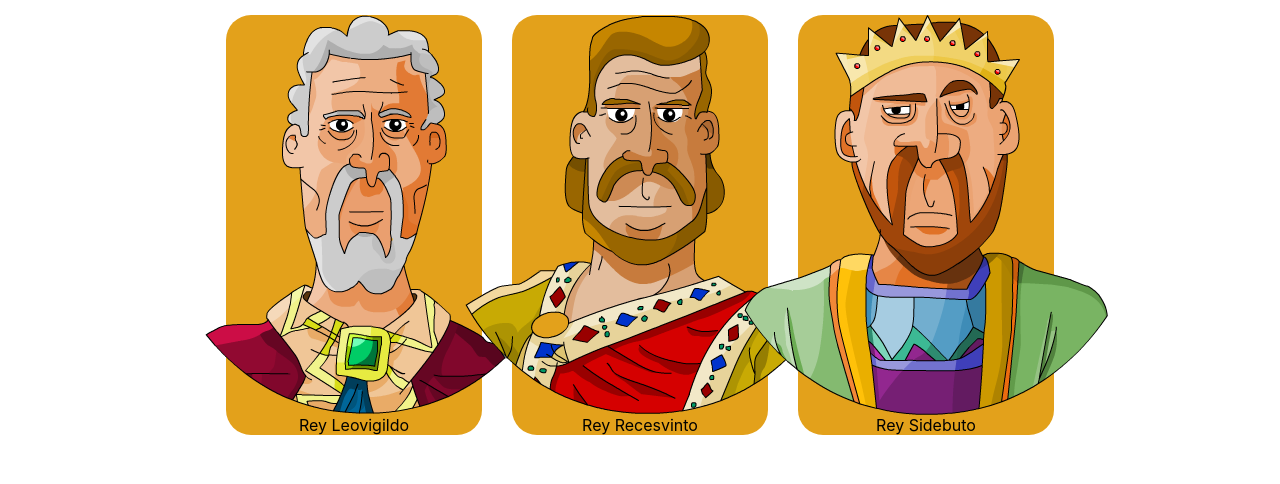
Repository: abgdev1997/ejercicios-react
Page: /
These files come from the project's save history. The page is drawn as it stood at one moment and after the next save; the edit follows.
The browser window is 1280 px wide. The pictures show the whole page.
The project was rebuilt for these pictures with package versions that can differ from the ones it lists, and the page was loaded fresh each time.

Above is the page before, as saved 2022-02-22 09:51:45.

After the next save:
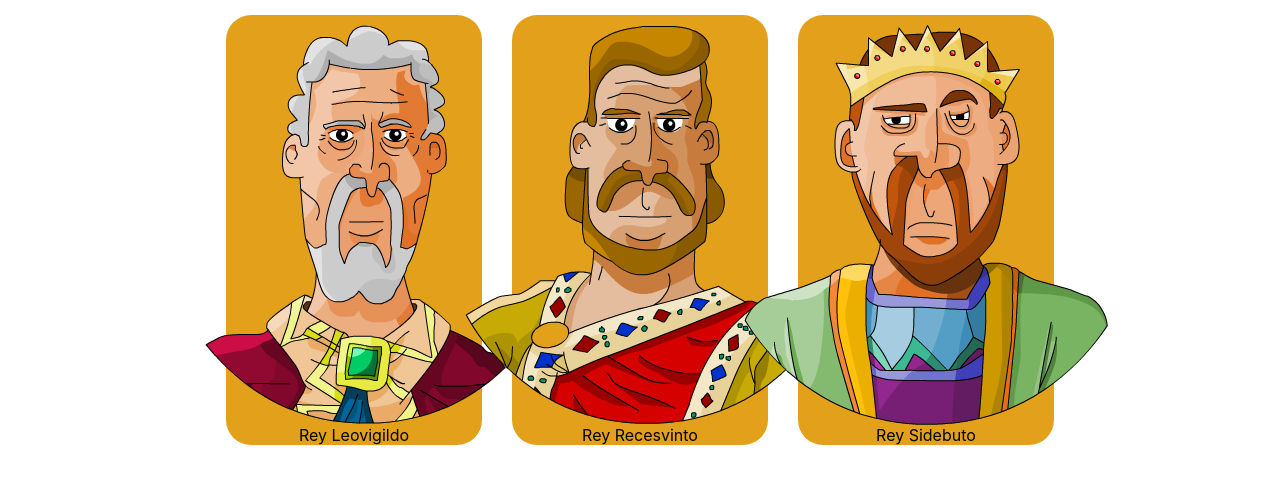
Saved 33 s later.
--- a/src/App.css
+++ b/src/App.css
@@ -12,4 +12,5 @@
   align-items:center;
   width: 20%;
   margin: 15px;
+  padding-top: 10px;
 }

After the save that followed:
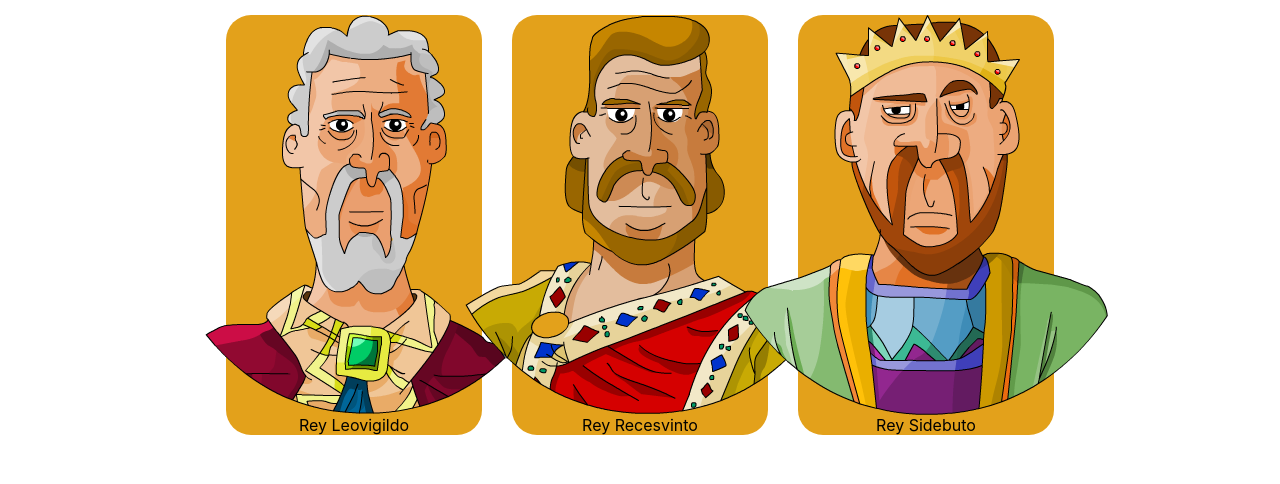
Saved 5 s later.
--- a/src/App.css
+++ b/src/App.css
@@ -12,5 +12,5 @@
   align-items:center;
   width: 20%;
   margin: 15px;
-  padding-top: 10px;
+  padding-top: 1;
 }
